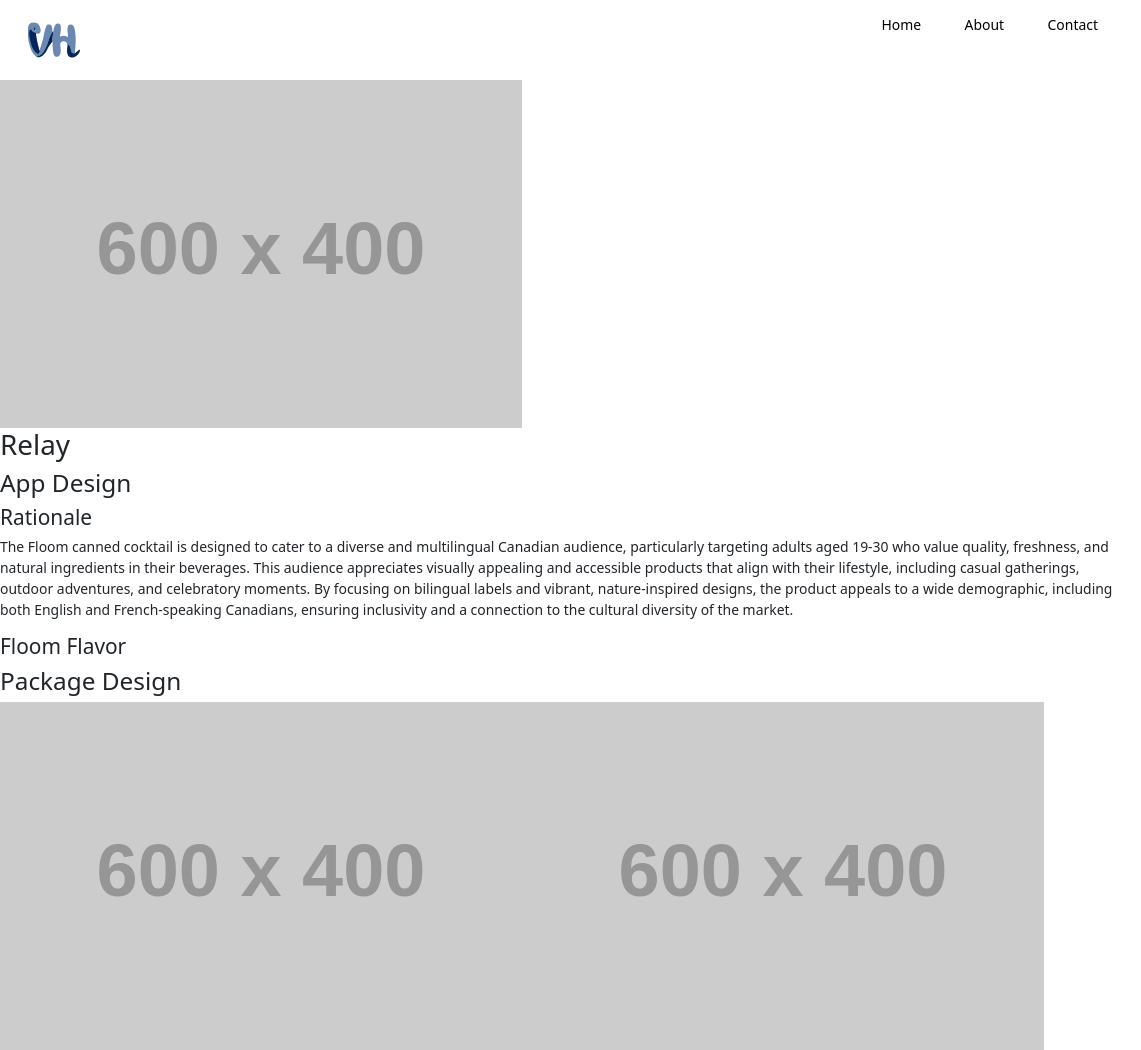
Repository: Vanessahyc/vanessa-portfolio
Page: /relay
These files come from the project's save history. The page is drawn as it stood at one moment and after the next save; the edit follows.
The browser window is 1280 px wide. The page is 1312 px wide, so the pictures cover 1312 px, including what lies to the right of the window. The pictures show the whole page, at 87% of full size.
The project was rebuilt for these pictures with package versions that can differ from the ones it lists, and the page was loaded fresh each time. The framework's server and built-in components were replaced by stand-ins that run in the browser. Also part of the build but not shown: next.config.mjs, src/app/relay/Relay.module.css.

Above is the page before, as saved 2025-02-09 13:10:59.

### src/app/layout.js
import { Geist, Geist_Mono } from "next/font/google";
import "./globals.css";
import 'bootstrap/dist/css/bootstrap.min.css'

const geistSans = Geist({
  variable: "--font-geist-sans",
  subsets: ["latin"],
});

const geistMono = Geist_Mono({
  variable: "--font-geist-mono",
  subsets: ["latin"],
});

export const metadata = {
  title: "Create Next App",
  description: "Generated by create next app",
};

export default function RootLayout({ children }) {
  return (
    <html lang="en">
      <body
        className={`${geistSans.variable} ${geistMono.variable} antialiased`}
      >
        {children}
      </body>
    </html>
  );
}

### src/app/relay/page.js
"use client";
import Header from "../../../components/Header";
import styles from "@/app/relay/Relay.module.css";
import Image from "next/image";
import { Swiper, SwiperSlide } from "swiper/react";
import { Navigation, Pagination, Autoplay } from "swiper/modules";
import "swiper/css";
import "swiper/css/navigation";
import "swiper/css/pagination";

export default function Relay() {
  return (
    <>
      <Header />
      <main className={styles.mainContainer}>
        <section className={`${styles.projectSection}`}>
          <img src="https://placehold.co/600x400" alt="placeholder image" />
          <div className={styles.projectInfo}>
            <h2>Relay</h2>
            <h3>App Design</h3>
            <h4>Rationale</h4>
            <p>
              The Floom canned cocktail is designed to cater to a diverse and
              multilingual Canadian audience, particularly targeting adults aged
              19-30 who value quality, freshness, and natural ingredients in
              their beverages. This audience appreciates visually appealing and
              accessible products that align with their lifestyle, including
              casual gatherings, outdoor adventures, and celebratory moments. By
              focusing on bilingual labels and vibrant, nature-inspired designs,
              the product appeals to a wide demographic, including both English
              and French-speaking Canadians, ensuring inclusivity and a
              connection to the cultural diversity of the market.
            </p>
            <h4>Floom Flavor</h4>
          </div>
        </section>
        <section className={styles.packageContainer}>
          <h3>Package Design</h3>
          <div className={styles.packageDesign}>
            <img src="https://placehold.co/600x400" alt="placeholder image" />
            <img src="https://placehold.co/600x400" alt="placeholder image" />
            {/* <Image
              src={selectedColor}
              alt="Guava Can Design"
              className={`${styles.mockup}`}
              width={500}
              height={400}
            />
            <Image
              src={selectedDieline}
              alt="Guava Can Design"
              className={`${styles.mockup}`}
              width={500}
              height={400}
            /> */}
          </div>
        </section>
      </main>
    </>
  );
}

### src/app/globals.css
:root {
  --background: #ffffff;
  --foreground: #171717;
  --font48px: 48px;
  --font32px: 32px;
  --font28px: 28px;
  --font20px: 20px;
  --font18px: 18px;
  --font16px: 16px;
  --font-bold: 700;
  --font-medium: 500;
  --font-regular: 400;

}

body {
  font-family: Montserrat, sans-serif;
}

### components/Header/index.js
import Image from "next/image";
import Link from 'next/link';
import styles from './Header.module.css'

export default function Header() {
  return (
    <nav className={`${styles.navbar}`}>
      <Image src='/images/Logo.svg' alt="Vanessa Huang Logo" width={60} height={60}/>
      <ul>
        <li><Link href="/">Home</Link></li>
        <li><Link href="/about">About</Link></li>
        <li><Link href="/contact">Contact</Link></li>
      </ul>
    </nav>
  );
}

### components/Header/Header.module.css
.navbar {
    display: flex;
    justify-content: space-between;
    width: 100%;
    margin: 1em 2em;
}

.navbar ul {
    width: 30%;
    list-style: none;
    display: flex;
    justify-content: flex-end;
}

.navbar li {
    padding-right: 50px;
}

.navbar a {
    text-decoration: none;
    color: black;
    font-weight: var(--font-medium);
}

After the next save:
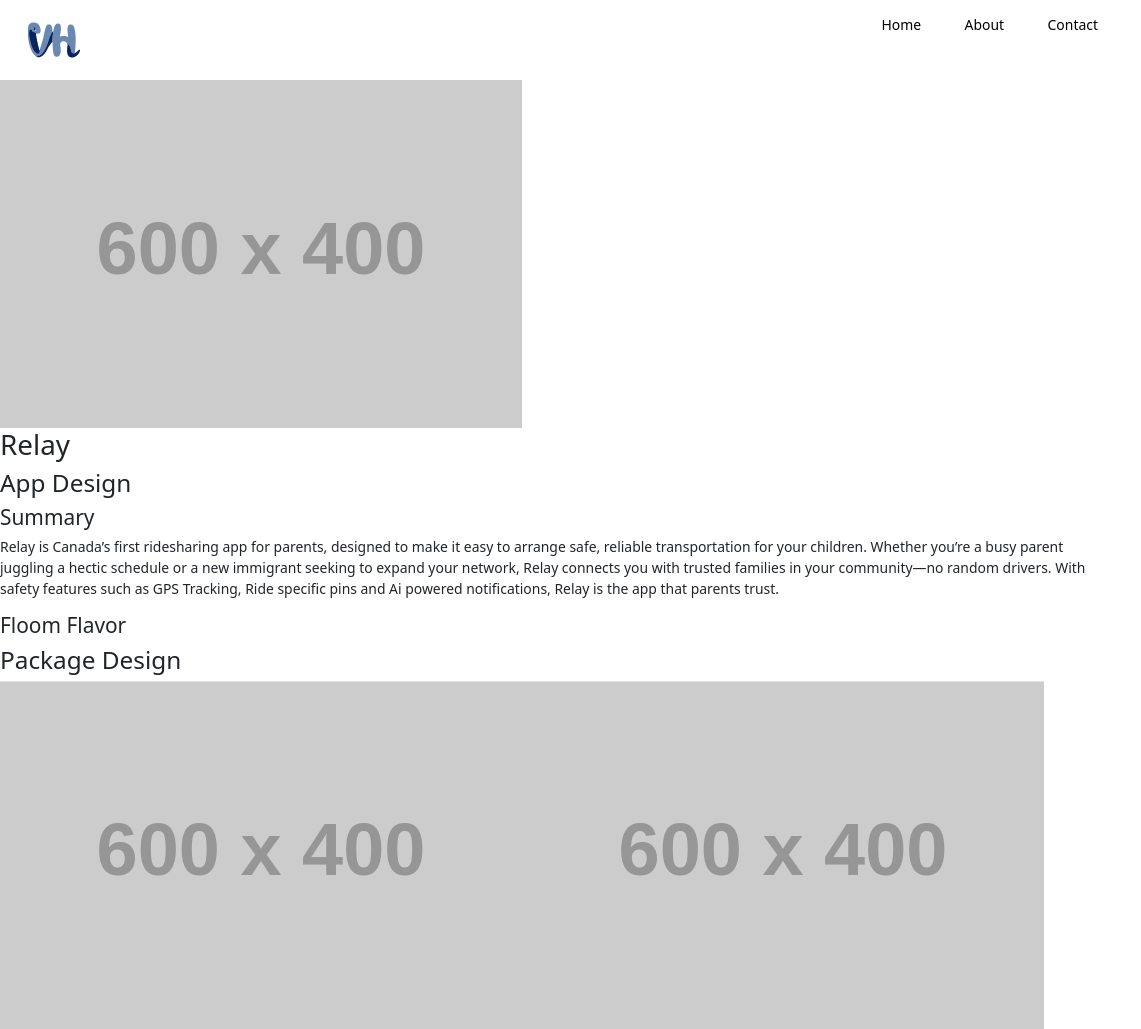
Saved 43 s later.
--- a/src/app/relay/page.js
+++ b/src/app/relay/page.js
@@ -18,18 +18,13 @@ export default function Relay() {
           <div className={styles.projectInfo}>
             <h2>Relay</h2>
             <h3>App Design</h3>
-            <h4>Rationale</h4>
+            <h4>Summary</h4>
             <p>
-              The Floom canned cocktail is designed to cater to a diverse and
-              multilingual Canadian audience, particularly targeting adults aged
-              19-30 who value quality, freshness, and natural ingredients in
-              their beverages. This audience appreciates visually appealing and
-              accessible products that align with their lifestyle, including
-              casual gatherings, outdoor adventures, and celebratory moments. By
-              focusing on bilingual labels and vibrant, nature-inspired designs,
-              the product appeals to a wide demographic, including both English
-              and French-speaking Canadians, ensuring inclusivity and a
-              connection to the cultural diversity of the market.
+            Relay is Canada’s first ridesharing app for parents, designed to make it
+                easy to arrange safe, reliable transportation for your children. Whether you’re a busy parent juggling
+                a hectic schedule or a new immigrant seeking to expand your network, Relay connects you with trusted
+                families in your community—no random drivers. With safety features such as GPS Tracking, Ride specific
+                pins and Ai powered notifications, Relay is the app that parents trust.
             </p>
             <h4>Floom Flavor</h4>
           </div>
